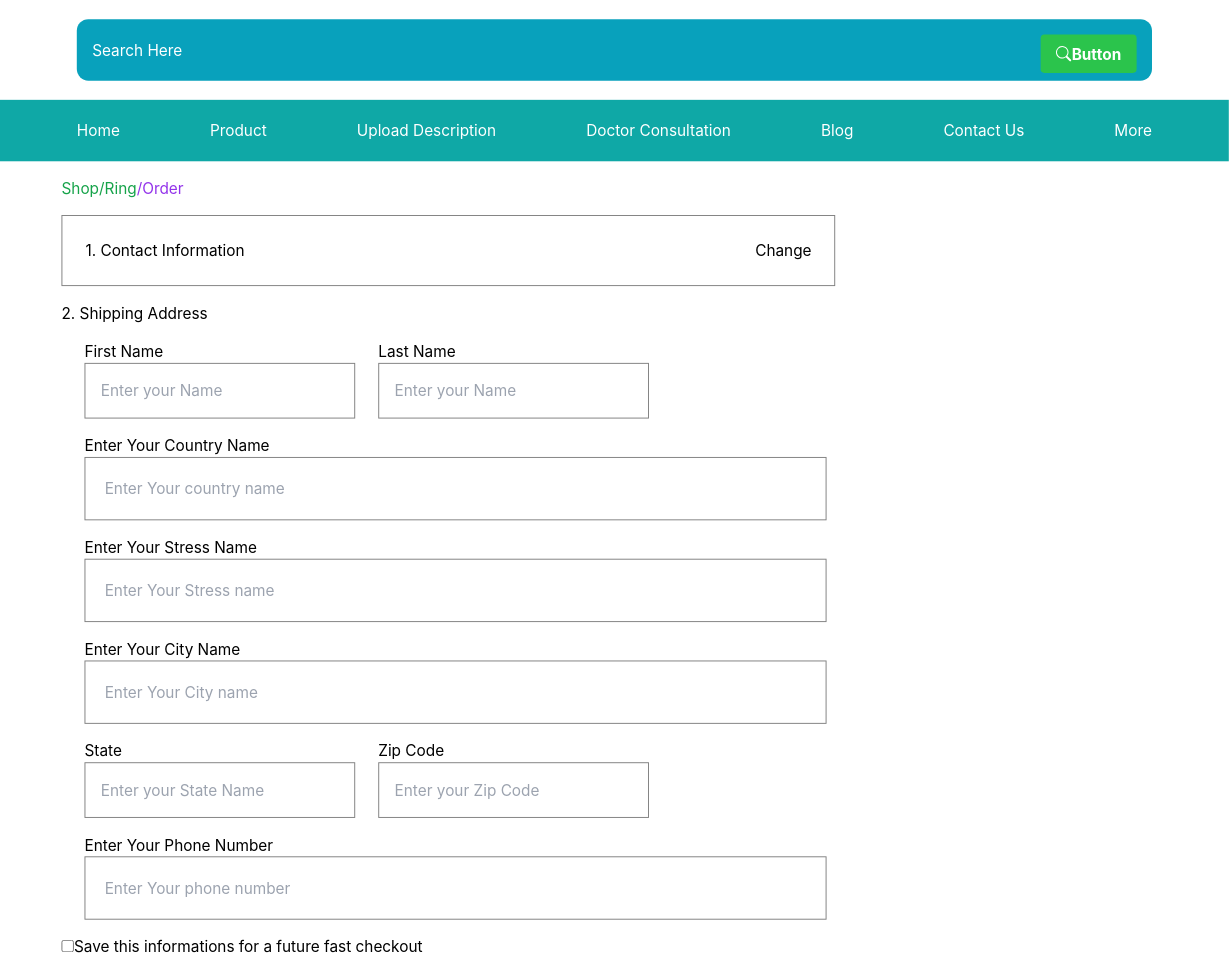
Repository: arafatmollah/form-pharma
Page: /
The author's editor kept a copy of each file at every save. The page is drawn from the files as they stood at one save, then again after the next save.
The browser window is 1280 px wide. The pictures show the whole page, at 96% of full size.
The project was rebuilt for these pictures with package versions that can differ from the ones it lists, and the page was loaded fresh each time.

Above is the page before, as saved 2023-03-15 00:02:19.

After the next save:
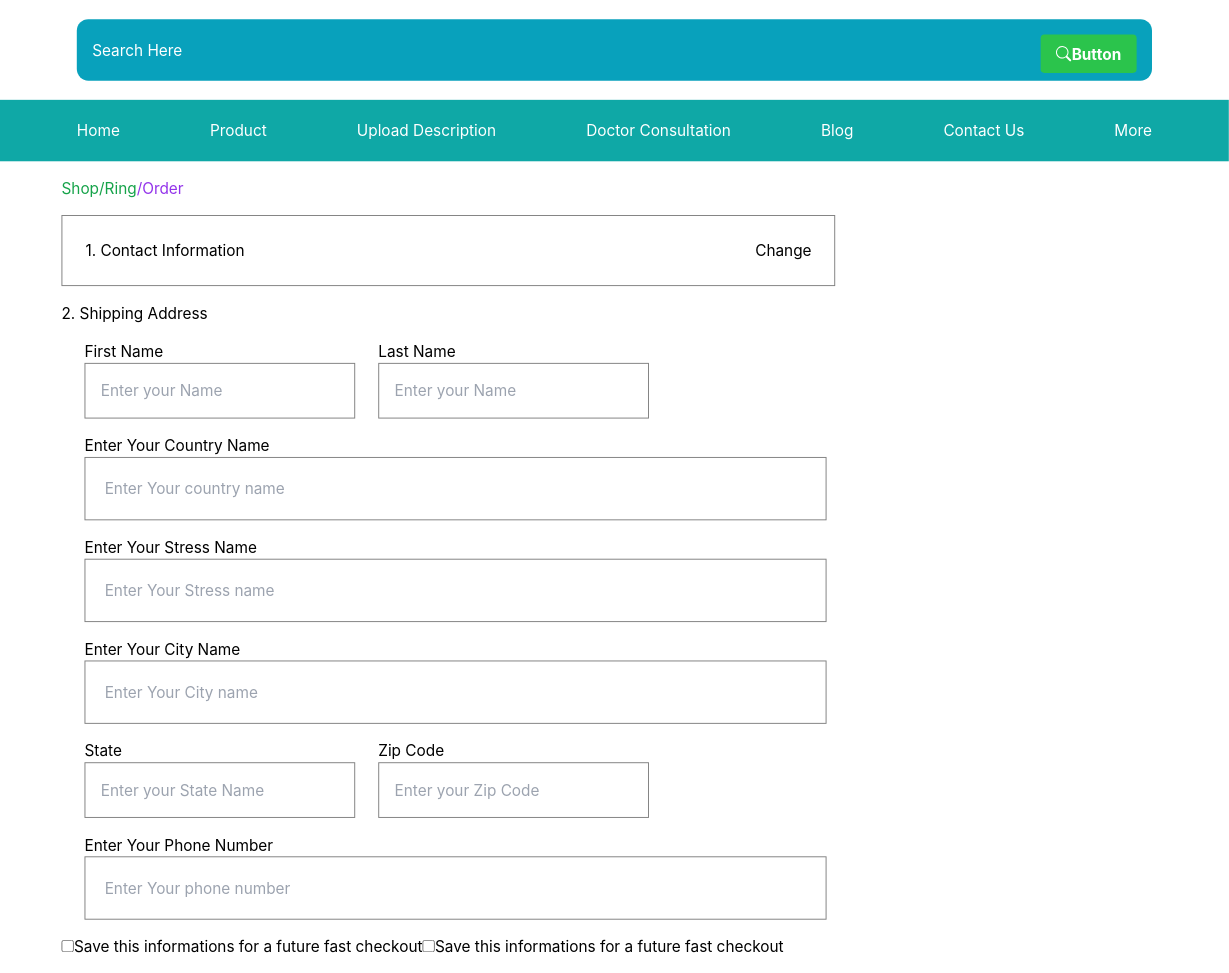
Saved 15 s later.
--- a/src/Form.js
+++ b/src/Form.js
@@ -56,6 +56,8 @@ function form() {
                <div>
                 <input type="checkbox"></input>
                 <label>Save this informations for a future fast checkout</label>
+                <input type="checkbox"></input>
+                <label>Save this informations for a future fast checkout</label>
                </div>
               </form>
             </div>
